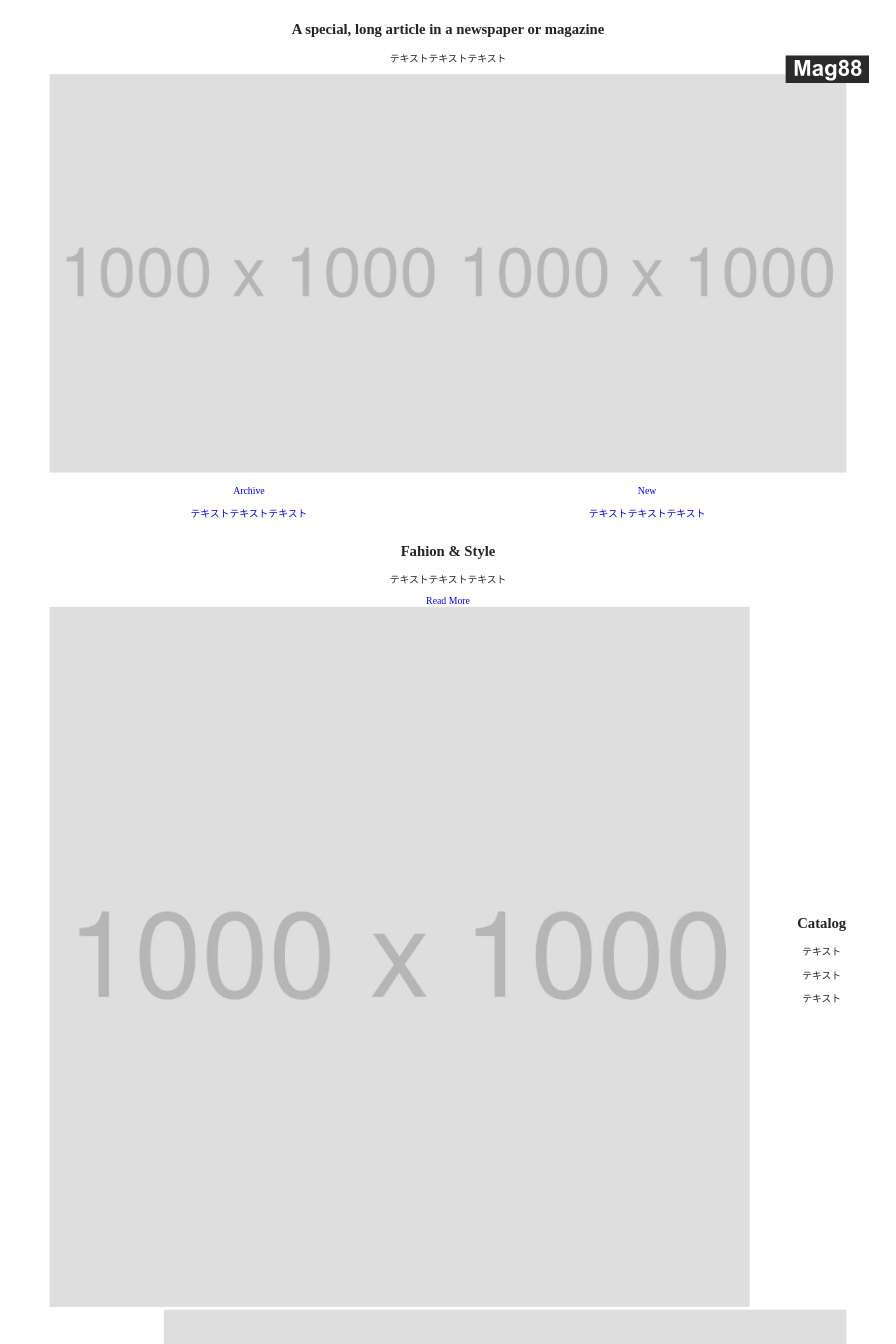
Repository: Fuki-san/bookstore
Page: http://localhost/book
These files come from the project's save history. The page is drawn as it stood at one moment and after a run of saves; the edit follows.
The browser window is 1280 px wide. The pictures show the part of the page from y = 0 to 1920 px (the page is 3016 px tall before and 2993 px after), at 70% of full size.
The page is served by the project's Laravel application, run on PHP 8.4 with Laravel 10.

Above is the page before, as saved 2023-11-21 13:07:48.

After the next 2 saves:
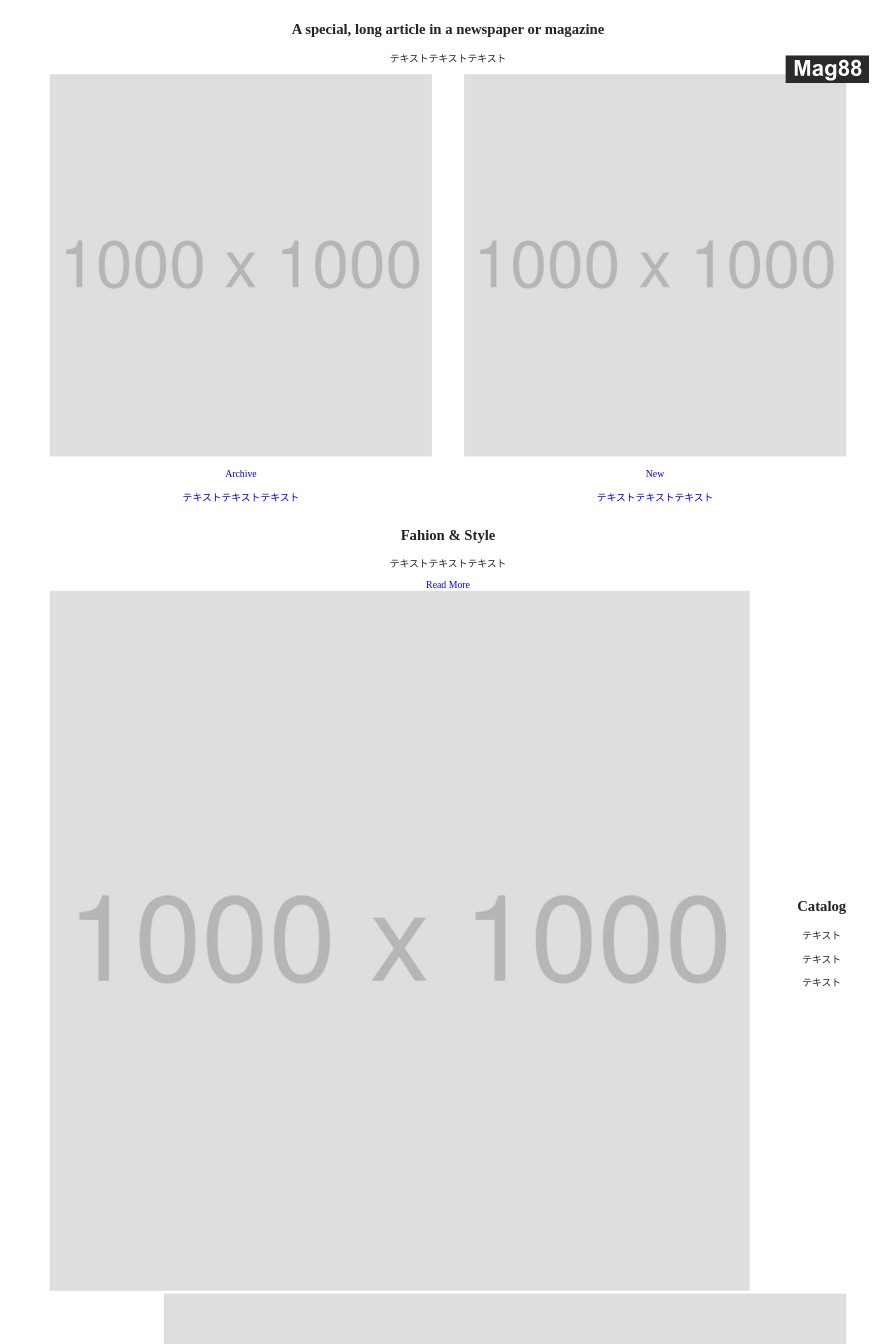
The 2 saves are shown as one change because they came seconds apart.
The last was saved 17 s later.
--- a/public/css/style.css
+++ b/public/css/style.css
@@ -37,5 +37,5 @@ a{
     text-decoration: none;
 }
 #magazine .flex-item .item{
-
+    width: 48%;
 }
